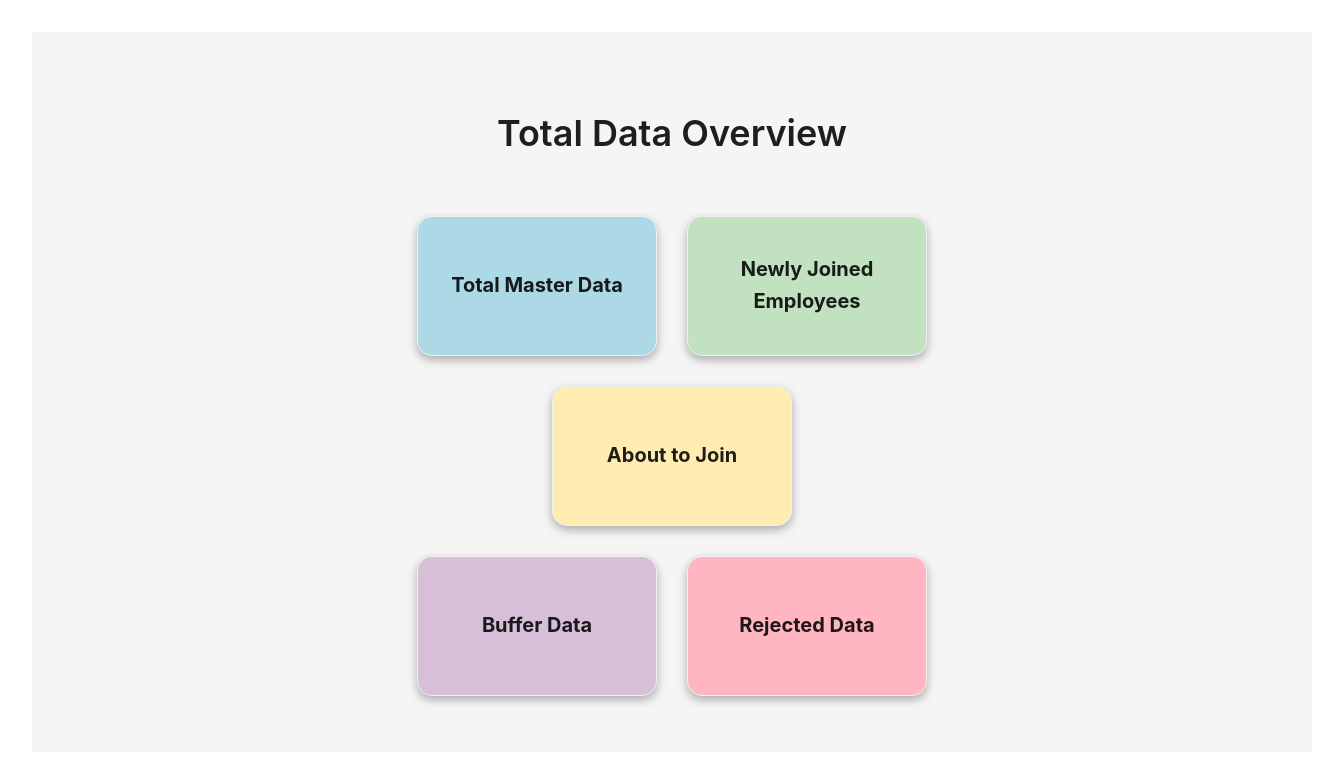
Repository: Moqueed/Delta_Iot
Page: /total-data (app in client/)
An editor plug-in stored every save of this project. The page is shown before and after the next save, followed by the edit.
The browser window is 1280 px wide. The page is 1344 px wide, so the pictures cover 1344 px, including what lies to the right of the window. The pictures show the whole page.
The project was rebuilt for these pictures with package versions that can differ from the ones it lists, and the page was loaded fresh each time. Also part of the build but not shown: client/vite.config.js, client/src/api/index.js, client/src/api/users.js, client/src/pages/Register/index.jsx, client/src/pages/Login/index.jsx, client/src/components/ProtectedRoute.jsx, client/src/pages/HR/HRDashboard.jsx, client/src/pages/Admin/AdminDashboard.jsx.

Above is the page before, as saved 2025-03-13 22:51:43.

After the next save:
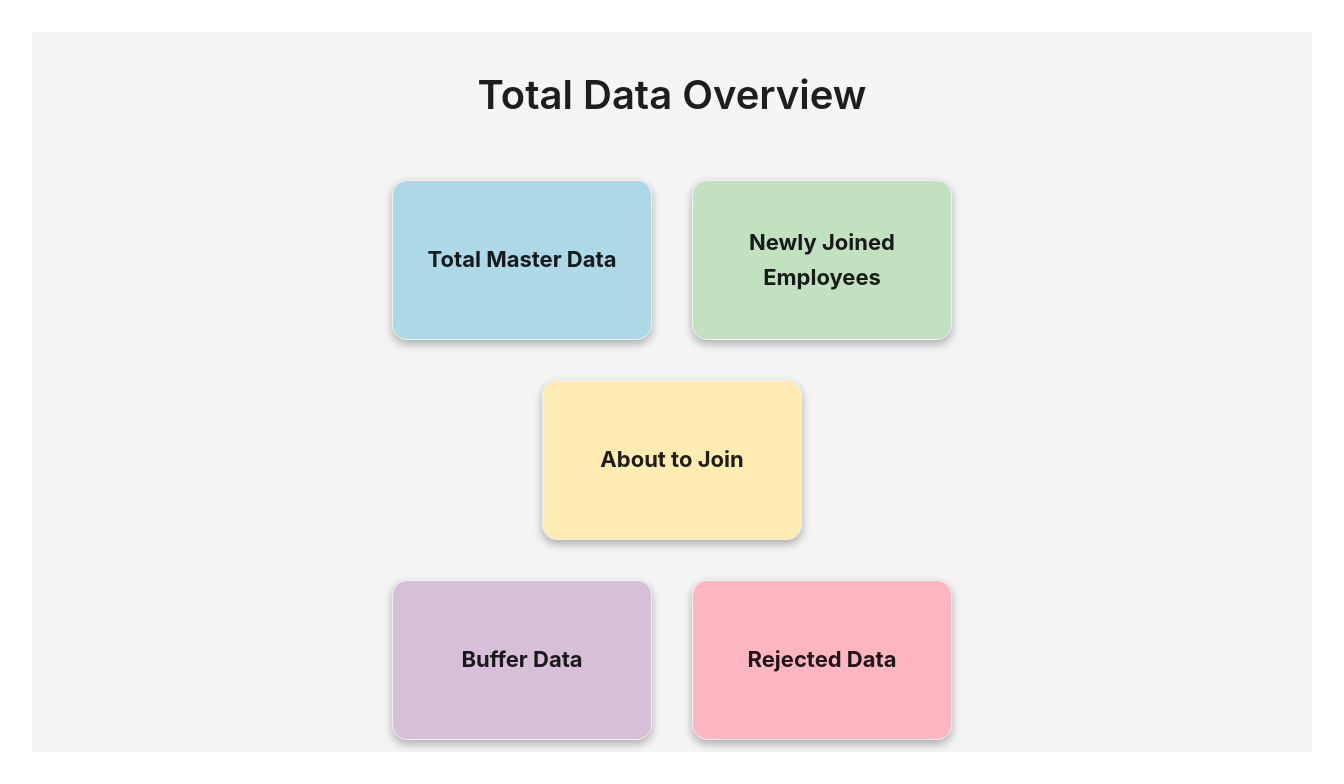
Saved 2 min 12 s later.
--- a/client/src/pages/HR/TotalDataPage.jsx
+++ b/client/src/pages/HR/TotalDataPage.jsx
@@ -13,15 +13,15 @@ const TotalDataPage = () => {
   ];
 
   const cardStyle = {
-    width: "240px",
-    height: "140px",
+    width: "260px",
+    height: "160px",
     display: "flex",
     alignItems: "center",
     justifyContent: "center",
     borderRadius: "15px",
     boxShadow: "0 4px 10px rgba(0, 0, 0, 0.3)",
     fontWeight: "bold",
-    fontSize: "20px",
+    fontSize: "22px",
     cursor: "pointer",
     transition: "transform 0.3s ease, box-shadow 0.3s ease",
   };
@@ -46,14 +46,15 @@ const TotalDataPage = () => {
         alignItems: "center",
         justifyContent: "center",
         backgroundColor: "#f5f5f5",
-        gap: "30px",
+        gap: "40px",
+        overflow: "hidden",
       }}
     >
-      <Title level={1} style={{ marginBottom: "30px", fontSize: "36px" }}>
+      <Title level={1} style={{ marginBottom: "20px", fontSize: "40px" }}>
         Total Data Overview
       </Title>
 
-      <div style={{ display: "flex", gap: "30px" }}>
+      <div style={{ display: "flex", gap: "40px" }}>
         <Card
           style={{ ...cardStyle, backgroundColor: sections[0].color }}
           onMouseEnter={handleHover}
@@ -78,7 +79,7 @@ const TotalDataPage = () => {
         {sections[2].title}
       </Card>
 
-      <div style={{ display: "flex", gap: "30px" }}>
+      <div style={{ display: "flex", gap: "40px" }}>
         <Card
           style={{ ...cardStyle, backgroundColor: sections[3].color }}
           onMouseEnter={handleHover}
